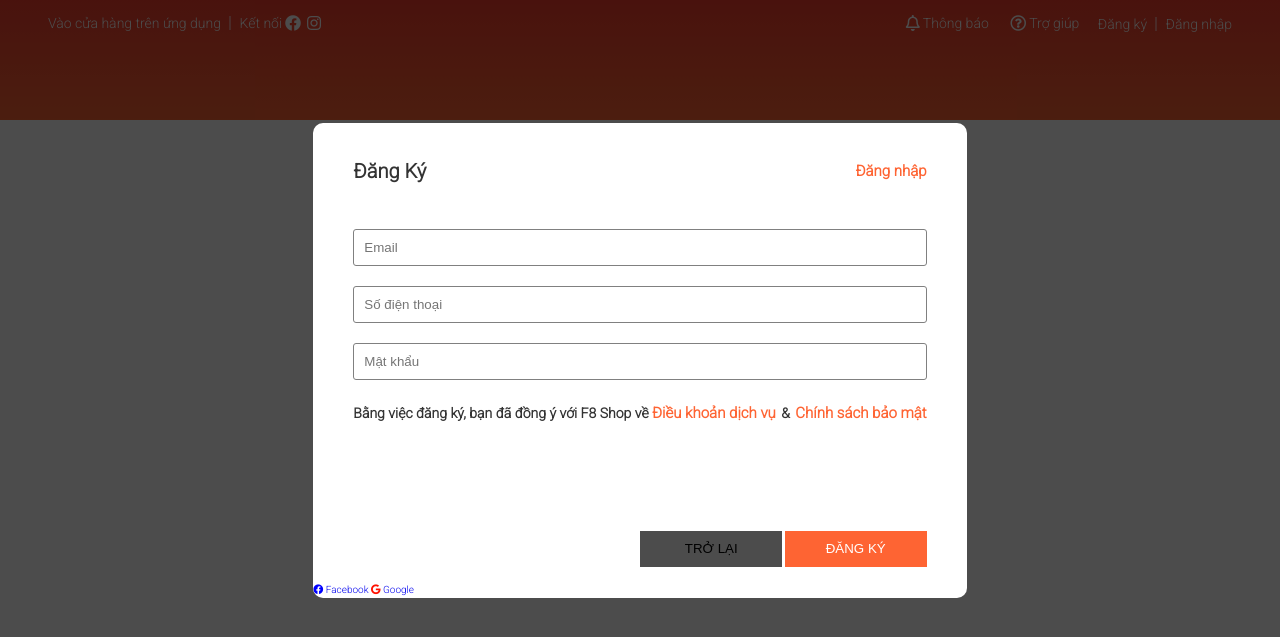
Repository: kebinh1235/Shopee-Demo
Page: index.html
The author's editor kept a copy of each file at every save. The page is drawn from the files as they stood at one save, then again after a run of saves.
The browser window is 1280 px wide. The pictures show the whole page.
The pointer rests on the first visible `.btn`.

Above is the page before, as saved 2021-10-01 22:49:23.

After the next 2 saves:
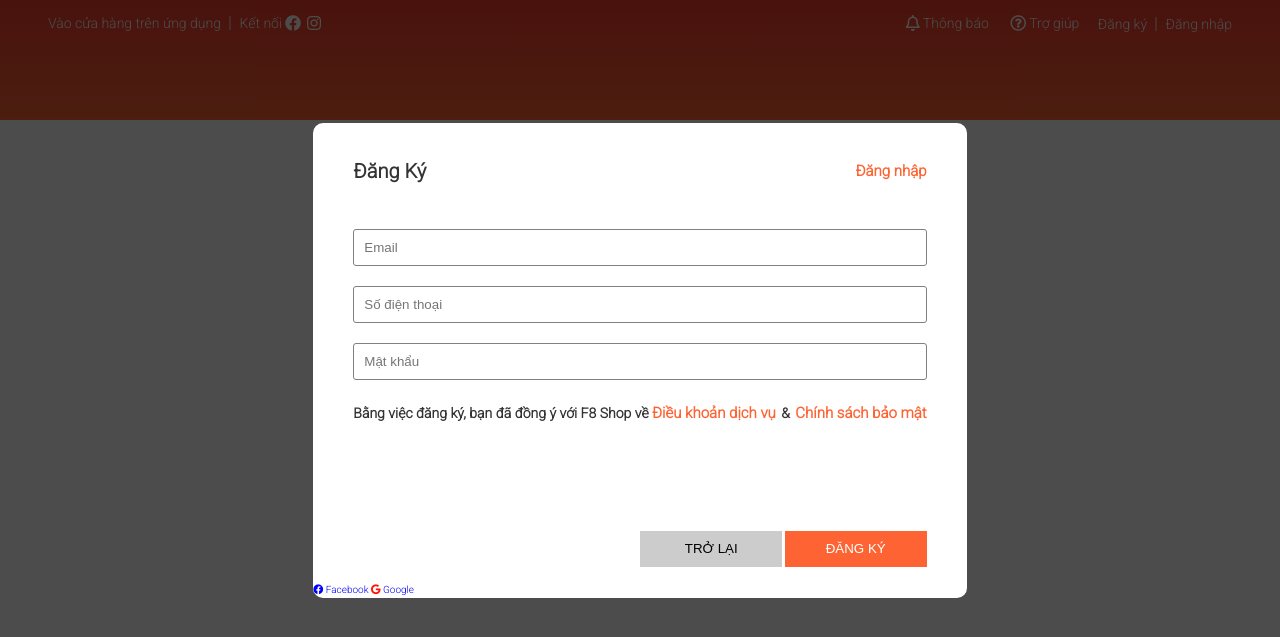
The 2 saves are shown as one change because they came seconds apart.
The last was saved 26 s later.
--- a/asset/css/base.css
+++ b/asset/css/base.css
@@ -49,7 +49,7 @@ html {
   background: transparent;
 }
 .btn:hover {
-  background: rgba(0, 0, 0, 0.7);
+  background: rgba(0, 0, 0, 0.2);
   transition: all;
 }
 .btn.btn-primary {
